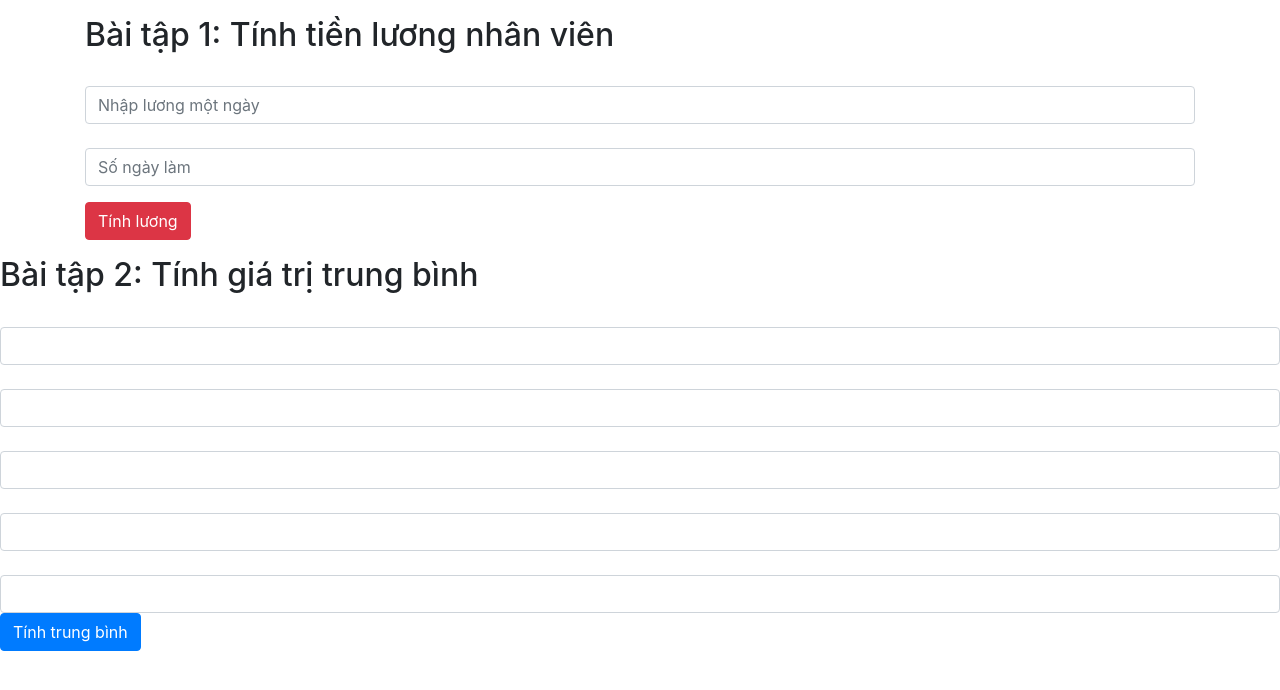
Repository: thanhfrankie/BC10-LeMinhThanh-Js-b2-3
Page: index.html
The author's editor kept a copy of each file at every save. The page is drawn from the files as they stood at one save, then again after a run of saves.
The browser window is 1280 px wide. The pictures show the whole page.

Above is the page before, as saved 2023-12-15 15:27:08.

After the next 7 saves:
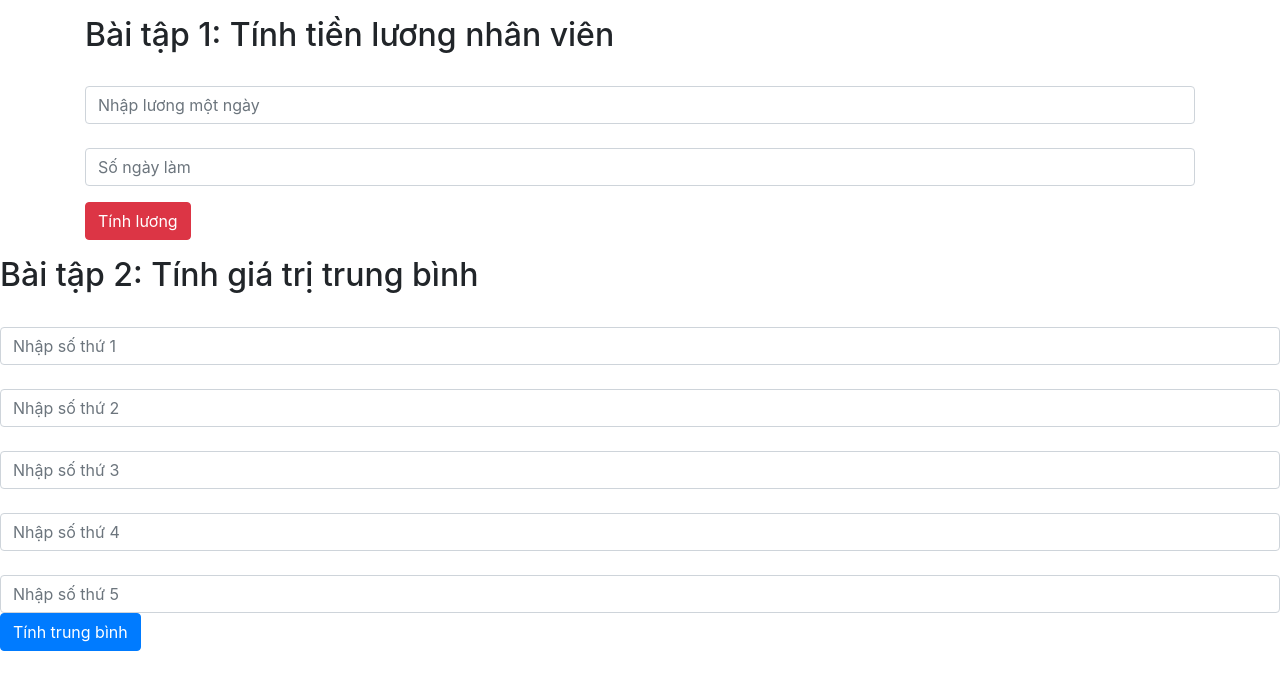
The 7 saves are shown as one change because they came seconds apart.
The last was saved 50 s later.
--- a/index.html
+++ b/index.html
@@ -54,19 +54,19 @@
       <h2>Bài tập 2: Tính giá trị trung bình</h2>
       <label for=""></label>
       <input type="text"
-        class="form-control" name="" id="" aria-describedby="helpId" placeholder="">
+        class="form-control" name="" id="" aria-describedby="helpId" placeholder="Nhập số thứ 1">
       <label for=""></label>
       <input type="text"
-        class="form-control" name="" id="" aria-describedby="helpId" placeholder="">
+        class="form-control" name="" id="" aria-describedby="helpId" placeholder="Nhập số thứ 2">
       <label for=""></label>
       <input type="text"
-        class="form-control" name="" id="" aria-describedby="helpId" placeholder="">
+        class="form-control" name="" id="" aria-describedby="helpId" placeholder="Nhập số thứ 3">
       <label for=""></label>
       <input type="text"
-        class="form-control" name="" id="" aria-describedby="helpId" placeholder="">
+        class="form-control" name="" id="" aria-describedby="helpId" placeholder="Nhập số thứ 4">
       <label for=""></label>
       <input type="text"
-        class="form-control" name="" id="" aria-describedby="helpId" placeholder="">
+        class="form-control" name="" id="" aria-describedby="helpId" placeholder="Nhập số thứ 5">
       <button type="button" onclick="tinhTrungBinh()" class="btn btn-primary">Tính trung bình</button>
       <h2 id="ket-qua"></h2>
     </div>
